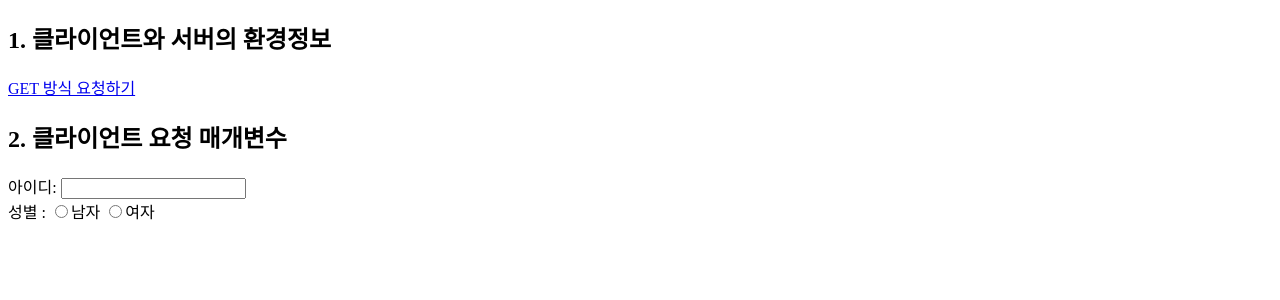
Repository: parkblacksheep/JSP-Servlet
Page: http://localhost/HelloJSP2_2/object/requestMain.jsp
An editor plug-in stored every save of this project. The page is shown before and after the next save, followed by the edit.
The browser window is 1280 px wide. The pictures show the whole page.
The page is served by Tomcat 9.

Above is the page before, as saved 2024-07-25 02:19:40.

After the next save:
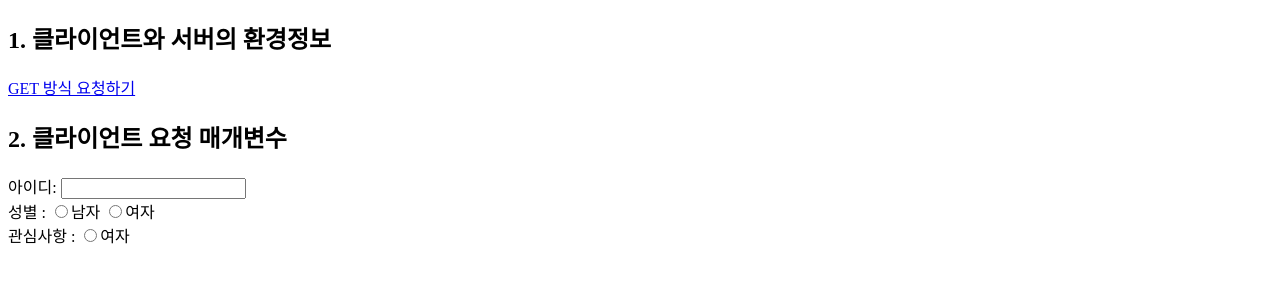
Saved 11 s later.
--- a/HelloJSP2_2/src/main/webapp/object/requestMain.jsp
+++ b/HelloJSP2_2/src/main/webapp/object/requestMain.jsp
@@ -20,6 +20,8 @@
 			<input type="radio"name="sex" value="man">남자
 			<input type="radio"name="sex" value="waman">여자
 			<br>
+		관심사항 :
+			<input type="radio"name="sex" value="waman">여자
 	</form>
 </body>
 </html>
